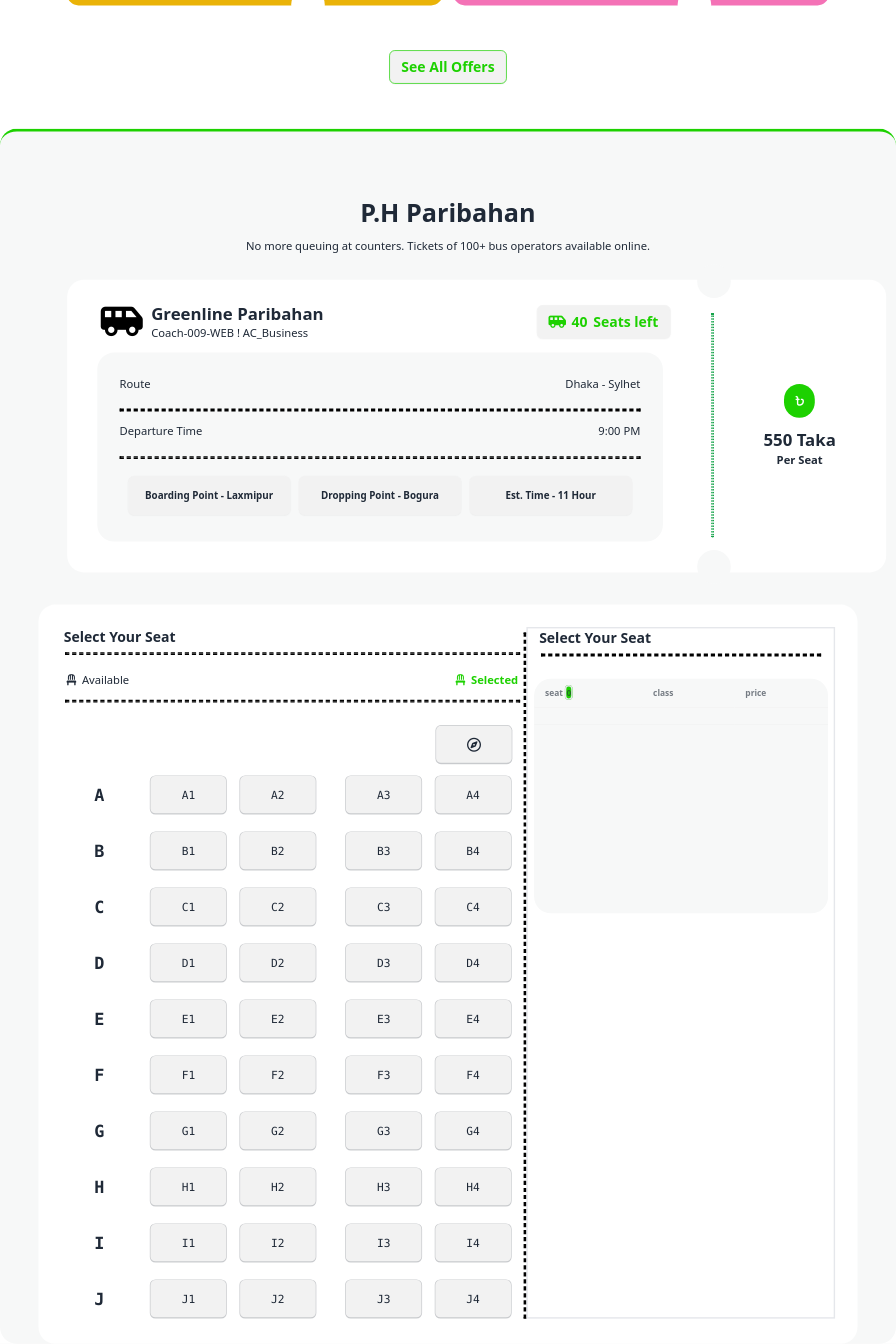
Repository: RudrasahaDibos/Smart-ticketing
Page: index.html
An editor plug-in stored every save of this project. The page is shown before and after the next save, followed by the edit.
The browser window is 1280 px wide. The pictures show the part of the page from y = 1134 to 3054 px (the page is 3054 px tall), at 70% of full size.
Some web fonts or font styles are not loaded; a fallback is used. Some web libraries are served in a nearby version.

Above is the page before, as saved 2024-11-10 15:59:30.

### index.html
<!DOCTYPE html>
<html lang="en">
  <head>
    <meta charset="UTF-8">
    <meta name="viewport" content="width=device-width, initial-scale=1.0">
    <title>Smart-ticketing</title>
    <!-- tailwind link -->
    <link href="https://cdn.jsdelivr.net/npm/daisyui@4.12.14/dist/full.min.css"
      rel="stylesheet" type="text/css" />
    <script src="https://cdn.tailwindcss.com"></script>
    <!-- font awesome link -->
    <link rel="stylesheet"
      href="https://cdnjs.cloudflare.com/ajax/libs/font-awesome/6.6.0/css/all.min.css"
      integrity="sha512-Kc323vGBEqzTmouAECnVceyQqyqdsSiqLQISBL29aUW4U/M7pSPA/gEUZQqv1cwx4OnYxTxve5UMg5GT6L4JJg=="
      crossorigin="anonymous" referrerpolicy="no-referrer" />

    <!-- google fonts  -->
    <link rel="preconnect" href="https://fonts.googleapis.com">
    <link rel="preconnect" href="https://fonts.gstatic.com" crossorigin>
    <link
      href="https://fonts.googleapis.com/css2?family=Anton+SC&family=Manrope:wght@200..800&family=Raleway:ital,wght@0,100..900;1,100..900&display=swap"
      rel="stylesheet">

    <style>
.raleway{
  font-family: "Raleway", sans-serif;
}
</style>

  </head>
  <body>
    <!-- header ends here -->
    <header class="container mx-auto lg:pl-24 lg:pr-24 lg:pt-4 w-[1400px]">
      <div>
        <!-- navbar starts here -->
        <div class="navbar bg-base-100">
          <div class="navbar-start">
            <div class="dropdown">
              <div tabindex="0" role="button" class="btn btn-ghost lg:hidden">
                <svg
                  xmlns="http://www.w3.org/2000/svg"
                  class="h-5 w-5"
                  fill="none"
                  viewBox="0 0 24 24"
                  stroke="currentColor">
                  <path
                    stroke-linecap="round"
                    stroke-linejoin="round"
                    stroke-width="2"
                    d="M4 6h16M4 12h8m-8 6h16" />
                </svg>
              </div>
              <ul
                tabindex="0"
                class="menu menu-sm dropdown-content bg-base-100 rounded-box z-[1] mt-3 w-52 p-2 shadow">
                <li><a>Home</a></li>
                <li><a>About</a></li>
                <li><a>Destination</a></li>
                <li><a>Search</a></li>
              </ul>
            </div>
            <a class="btn btn-ghost text-2xl font-extrabold">E-Ticket</a>
          </div>
          <div class="navbar-center hidden lg:flex">
            <ul class="menu menu-horizontal px-1">
              <li><a>Home</a></li>
              <li><a>About</a></li>
              <li><a>Destination</a></li>
              <li><a>Search</a></li>
            </ul>
          </div>
          <div class="navbar-end">
            <a class="btn text-[#1DD100]  border-1  text-xl">Bus <i
                class="fa-solid fa-van-shuttle"></i></a>
          </div>
        </div>
      </div>

      <!-- banner start here -->

      <div
        class="hero h-[550px] mt-8 bg-[url('/images/banner.png')] rounded-3xl relative">

        <div class="hero-content text-neutral-content text-center">
          <div class>
            <h1 class="mb-5 text-5xl font-extrabold">End-to-End Travel with <br>
              <span class="text-5xl text-[#1DD100]  font-extrabold">P
                Paribahan</span></h1>
            <p class="mb-5">
              A one-stop solution for your travel needs

              Introducing you to the Shohoz way of life
            </p>
            <button class="btn bg-[#1DD100] border-none">Buy Tickets</button>
          </div>
        </div>
      </div>

      <!-- banner end here -->

      <!-- 3 card start here  -->

      <div
        class=" flex justify-between items-center gap-4 pl-16 pr-16 absolute -bottom-4   ">
        <div
          class="stat flex bg-white justify-center items-center shadow-xl  border-b-4 border-b-[#1DD100]  rounded-2xl w-[338px] h-[138px]">
          <div class="text-[#1DD100] text-2xl font-extrabold ">
            <i class="fa-solid fa-users"></i>
          </div>

          <div>
            <div class="stat-value">500K+</div>
            <div class="stat-desc text-xl ">Registered users</div>
          </div>

        </div>

        <div
          class="stat flex bg-white justify-center items-center  border-b-4 border-b-[#1DD100] shadow-xl  rounded-2xl w-[338px] h-[138px]">
          <div class="text-[#1DD100] text-2xl font-extrabold ">
            <i class="fa-solid fa-ticket  "></i>

          </div>

          <div>
            <div class="stat-value">1.7 lacks</div>
            <div class="stat-desc text-xl ">Tickets sold</div>
          </div>

        </div>

        <div
          class="stat flex bg-white justify-center items-center  border-b-4 border-b-[#1DD100] shadow-xl  rounded-2xl w-[338px] h-[138px]">
          <div class="text-[#1DD100] text-2xl font-extrabold ">
            <i class="fa-solid fa-van-shuttle"></i>

          </div>

          <div>
            <div class="stat-value">80K+</div>
            <div class="stat-desc text-xl ">Rental partners</div>
          </div>

        </div>
      </div>

      <!-- 3 card ends here -->

      <!-- navbar Ends here -->
    </header>
    <!-- header ends here -->

    <!-- main start here -->
    <main class>
      <!-- Best offers for you start here -->
      <section
        class="mt-40 container mx-auto  lg:pl-24 lg:pr-24 lg:pt-4 w-[1400px]">
        <h1 class="text-4xl font-semibold text-center">Best offers for you</h1>
        <!-- two card start here -->
        <div class="flex  flex-col lg:flex-row gap-4 mt-10">
          <div class="bg-yellow-500  w-[573px] h-[220px]  rounded-2xl">

            <div>

              <div class=" w-[50%] mt-14 ml-14">
                <h1 class="text-4xl font-extrabold">15% OFF</h1>
                <p class="text-xl font-bold">on your next purchase</p>
                <p class="text-xl font-bold">use by January 2024</p>
              </div>

              <div class=" w-1/4 -mt-20 ml-auto mr-14  text-center">
                <h1 class="text-4xl font-extrabold">NEW15</h1>
                <p class="text-xl font-bold">Coupon Code</p>

              </div>
            </div>
            <p
              class="bg-white w-[48px] h-[48px] absolute mx-auto rounded-full ml-80 -mt-40  "></p>
            <p
              class="bg-white w-[48px] h-[48px] absolute mx-auto rounded-full ml-80 mt-[55px]  "></p>
            <p
              class="border-2 border-dotted border-white relative w-0 h-32 -mt-[95px] ml-[343px]  "></p>

          </div>
          <div class="bg-pink-400   w-[573px] h-[220px] rounded-2xl">
            <div>

              <div class=" w-[50%] mt-14 ml-14">
                <h1 class="text-4xl font-extrabold">20% OFF</h1>
                <p class="text-xl font-bold">on your next purchase</p>
                <p class="text-xl font-bold">use by January 2024</p>
              </div>

              <div class="  w-2/4 -mt-20 ml-[300px] mr-14  text-center">
                <h1 class="text-4xl font-extrabold">Couple 20</h1>
                <p class="text-xl font-bold">Coupon Code</p>

              </div>
            </div>
            <p
              class="bg-white w-[48px] h-[48px] absolute mx-auto rounded-full ml-80 -mt-40  "></p>
            <p
              class="bg-white w-[48px] h-[48px] absolute mx-auto rounded-full ml-80 mt-[55px]  "></p>
            <p
              class="border-2 border-dotted border-white relative w-0 h-32 -mt-[95px] ml-[343px]  "></p>
          </div>
        </div>
        <div class=" text-center mt-16">
          <a class="btn text-[#1DD100]  border-1 border-[#1DD100] text-xl">See
            All Offers
          </a>
        </div>
        <!-- two card end here -->
      </section>

      <!-- Best offers for you ends here -->
      <!-- tickeing process start here -->
      <section
        class="bg-[#F7F8F8] w-full min-h-screen rounded-3xl mt-16 border-t-4 border-t-[#1DD100]">

        <div class="container mx-auto  lg:pl-24 lg:pr-24 lg:pt-4 w-[1400px]">
          <h1 class="text-4xl font-semibold text-center mt-20">P.H Paribahan
          </h1>
          <p class=" text-center w-[736px] h-[60px] mx-auto mt-4">No more
            queuing at counters. Tickets of 100+ bus operators available online.
          </p>
          <!-- Greenline Paribahan  start here-->

          <div
            class="bg-[#FFFFFF] w-[1170px] h-[418px] rounded-3xl  container mx-auto p-8 flex justify-between ">
            <div class=" w-3/4">
              <!-- Coach-009-WEB ! AC_Business start here -->
              <div class="flex justify-between ">

                <div class="flex justify-center items-center gap-3 ml-4 ">
                  <div class="text-5xl text-black  ">
                    <i class="fa-solid fa-van-shuttle "></i>
                  </div>
                  <div>
                    <h1 class="text-2xl font-bold">Greenline Paribahan</h1>
                    <p>Coach-009-WEB ! AC_Business</p>
                  </div>
                </div>

                <div class="flex felx-col justify-end mt-1">
                  <a class="btn text-[#1DD100]  border-1  text-xl"> <i
                      class="fa-solid fa-van-shuttle"></i> <span>40</span> Seats
                    left </a>
                </div>
              </div>
              <!-- Coach-009-WEB ! AC_Business end here -->

              <!-- Dhaka - Sylhet starts here -->
              <div
                class="bg-[#F7F8F8] w-[808px] h-[270px] mt-4 mx-auto rounded-3xl">

                <div class>
                  <div class="flex justify-between p-4 ">
                    <h1 class="ml-4 mt-4">Route</h1>
                    <h1 class="mr-4 mt-4">Dhaka - Sylhet</h1>
                  </div>

                  <div
                    class="border-dashed border-black border-2 mt-2  w-[744px] mx-auto h-0"></div>

                  <div class="flex justify-between p-4 ">
                    <h1 class="ml-4">Departure Time</h1>
                    <h1 class="mr-4">9:00 PM</h1>
                  </div>
                  <div
                    class="border-dashed border-black border-2 mt-2  w-[744px] mx-auto h-0"></div>

                  <div class="mt-2 p-4 flex justify-center items-center gap-3">
                    <button class="btn   w-[232px] h-[56px]">Boarding Point -
                      Laxmipur</button>
                    <button class="btn  w-[232px] h-[56px]">Dropping Point -
                      Bogura</button>
                    <button class="btn  w-[232px] h-[56px]">Est. Time - 11
                      Hour</button>
                  </div>
                </div>
              </div>
              <!-- Dhaka - Sylhet end here -->

            </div>

            <div
              class=" text-center flex flex-col justify-center items-center mr-10">
              <i
                class="fa-solid fa-bangladeshi-taka-sign bg-[#1DD100] rounded-full  p-4 text-white "></i>
              <h1 class="text-2xl font-semibold mt-4"><span>550</span> Taka</h1>
              <p class="font-bold">Per Seat</p>
            </div>

          </div>
          <p
            class="bg-[#F7F8F8] w-[48px] h-[48px] absolute mx-auto rounded-full ml-[900px] -mt-[440px]  "></p>
          <p
            class="bg-[#F7F8F8] w-[48px] h-[48px] absolute mx-auto rounded-full ml-[900px] -mt-8  "></p>
          <p
            class="border-2 border-dotted border-green-600 relative w-0 h-80 -mt-[370px] ml-[920px]  "></p>

          <!-- Greenline Paribahan  ends here-->
        </div>

        <!-- Select Your Seat star here  -->
        <div
          class="bg-[#FFFFFF] w-[1170px] h-[1056px] rounded-3xl mt-24 container mx-auto  ">

          <div class="flex justify-between p-8">
            <div class="w-3/5 ">
              <p class="font-semibold text-xl ml-1">Select Your Seat</p>
              <div
                class="border-dashed border-black border-2 mt-2  w-[650px] mx-auto h-0"></div>
              <!-- seat available start here -->
              <div class="flex justify-between mt-4">

                <div class="flex gap-2 justify-center items-center p-2 ">
                  <i class="fa-solid fa-chair"></i>
                  <p>Available</p>
                </div>
                <div
                  class="flex gap-2 justify-center items-center p-2 text-[#1DD100] ">
                  <i class="fa-solid fa-chair font-bold"></i>
                  <p class="font-bold">Selected</p>
                </div>

              </div>
              <!-- seat available ends here -->
              <div
                class="border-dashed border-black border-2 mt-2  w-[650px] mx-auto h-0"></div>
                <!-- seat planing start here -->
               <div class="mt-8">
                    <div class="text-end  mr-4">
                      <kbd class="kbd  h-[56px] w-[110px] text-center mx-auto "><i class="fa-regular fa-compass text-xl"></i></kbd>
                    </div>
                    <!-- seat  start here-->
                     <div class="flex  justify-between">
                          <!-- seat is with door start -->
                          <div class="grid grid-cols-3  w-3/5 ">
                                  <div class="mx-auto mt-4 space-y-6">
                                    <kbd class="kbd  w-[110px] h-[56px] bg-[#ffffff]  border-none font-bold text-2xl">A</kbd>
                                    <kbd class="kbd  w-[110px] h-[56px]  bg-[#ffffff] border-none font-bold text-2xl">B</kbd>
                                    <kbd class="kbd  w-[110px] h-[56px]  bg-[#ffffff] border-none font-bold text-2xl">C</kbd>
                                    <kbd class="kbd  w-[110px] h-[56px]  bg-[#ffffff] border-none font-bold text-2xl">D</kbd>
                                    <kbd class="kbd  w-[110px] h-[56px]  bg-[#ffffff] border-none font-bold text-2xl">E</kbd>
                                    <kbd class="kbd  w-[110px] h-[56px]  bg-[#ffffff] border-none font-bold text-2xl">F</kbd>
                                    <kbd class="kbd  w-[110px] h-[56px]  bg-[#ffffff] border-none font-bold text-2xl">G</kbd>
                                    <kbd class="kbd  w-[110px] h-[56px]  bg-[#ffffff] border-none font-bold text-2xl">H</kbd>
                                    <kbd class="kbd  w-[110px] h-[56px]  bg-[#ffffff] border-none font-bold text-2xl">I</kbd>
                                    <kbd class="kbd  w-[110px] h-[56px]  bg-[#ffffff] border-none font-bold text-2xl">J</kbd>
                                  </div>

                                  <div class="mt-4 space-y-6">
                                    <kbd class="kbd w-[110px] h-[56px] ">A1</kbd>
                                    <kbd class="kbd w-[110px] h-[56px] ">B1</kbd>
                                    <kbd class="kbd w-[110px] h-[56px] ">C1</kbd>
                                    <kbd class="kbd w-[110px] h-[56px] ">D1</kbd>
                                    <kbd class="kbd w-[110px] h-[56px] ">E1</kbd>
                                    <kbd class="kbd w-[110px] h-[56px] ">F1</kbd>
                                    <kbd class="kbd w-[110px] h-[56px] ">G1</kbd>
                                    <kbd class="kbd w-[110px] h-[56px] ">H1</kbd>
                                    <kbd class="kbd w-[110px] h-[56px] ">I1</kbd>
                                    <kbd class="kbd w-[110px] h-[56px] ">J1</kbd>
                                  </div>

                                  <div class="mt-4 space-y-6">
                                    <kbd class="kbd w-[110px] h-[56px] ">A2</kbd>
                                    <kbd class="kbd w-[110px] h-[56px] ">B2</kbd>
                                    <kbd class="kbd w-[110px] h-[56px] ">C2</kbd>
                                    <kbd class="kbd w-[110px] h-[56px] ">D2</kbd>
                                    <kbd class="kbd w-[110px] h-[56px] ">E2</kbd>
                                    <kbd class="kbd w-[110px] h-[56px] ">F2</kbd>
                                    <kbd class="kbd w-[110px] h-[56px] ">G2</kbd>
                                    <kbd class="kbd w-[110px] h-[56px] ">H2</kbd>
                                    <kbd class="kbd w-[110px] h-[56px] ">I2</kbd>
                                    <kbd class="kbd w-[110px] h-[56px] ">J2</kbd>
                                  </div>
                          </div>
                         <!-- seat is with door end -->

                          <!-- seat is driver start -->
                            <div class="grid grid-cols-2   w-2/5 ml-6">
                                    <div class="mx-auto mt-4 space-y-6">
                                      <kbd class="kbd w-[110px] h-[56px] ">A3</kbd>
                                      <kbd class="kbd w-[110px] h-[56px] ">B3</kbd>
                                      <kbd class="kbd w-[110px] h-[56px] ">C3</kbd>
                                      <kbd class="kbd w-[110px] h-[56px] ">D3</kbd>
                                      <kbd class="kbd w-[110px] h-[56px] ">E3</kbd>
                                      <kbd class="kbd w-[110px] h-[56px] ">F3</kbd>
                                      <kbd class="kbd w-[110px] h-[56px] ">G3</kbd>
                                      <kbd class="kbd w-[110px] h-[56px] ">H3</kbd>
                                      <kbd class="kbd w-[110px] h-[56px] ">I3</kbd>
                                      <kbd class="kbd w-[110px] h-[56px] ">J3</kbd>
                                    </div>
                                    <div class="mx-auto mt-4 space-y-6">
                                      <kbd class="kbd w-[110px] h-[56px] ">A4</kbd>
                                      <kbd class="kbd w-[110px] h-[56px] ">B4</kbd>
                                      <kbd class="kbd w-[110px] h-[56px] ">C4</kbd>
                                      <kbd class="kbd w-[110px] h-[56px] ">D4</kbd>
                                      <kbd class="kbd w-[110px] h-[56px] ">E4</kbd>
                                      <kbd class="kbd w-[110px] h-[56px] ">F4</kbd>
                                      <kbd class="kbd w-[110px] h-[56px] ">G4</kbd>
                                      <kbd class="kbd w-[110px] h-[56px] ">H4</kbd>
                                      <kbd class="kbd w-[110px] h-[56px] ">I4</kbd>
                                      <kbd class="kbd w-[110px] h-[56px] ">J4</kbd>
                                    </div>
                            </div>
                            <!-- seat is driver end -->
                     </div>

                     <!-- seat end here -->
               </div>

               <!-- seat planing end here -->



            </div>









            <div
              class="border-dashed border-black border-2 mt-2  w-[0px] mx-auto h-[980px]"></div>

            <div class="border-2  w-2/5 ">
              <p class="font-semibold text-xl ml-4">Select Your Seat</p>
              <div
                class="border-dashed border-black border-2 mt-2  w-[400px] mx-auto h-0"></div>

                <div class="bg-[#F7F8F8] w-[420px] h-[335px] rounded-3xl mx-auto mt-8 ">
                  <!-- table start here -->
                  <div class="overflow-x-auto">
                    <table class="table">
                      <!-- head -->
                      <thead>
                        <tr>

                          <th>seat <span class="bg-[#1DD100] rounded-full  border-2">0</span></th>
                          <th>class</th>
                          <th>price</th>
                        </tr>
                      </thead>
                      <tbody>
                        <!-- row 1 -->
                        <tr>

                          <td></td>
                          <td></td>
                          <td></td>
                        </tr>

                      </tbody>
                    </table>

                  </div>
                  <!-- table ends here -->
                </div>

            </div>
          </div>

        </div>

        <!-- Select Your Seat end here  -->

      </section>
      <!-- tickeing process ends here -->

    </main>
    <!-- main ends here -->

    <!-- js add -->
    <script src="index.js"></script>
  </body>
</html>

Loaded but not shown: index.js (common file)

After the next save:
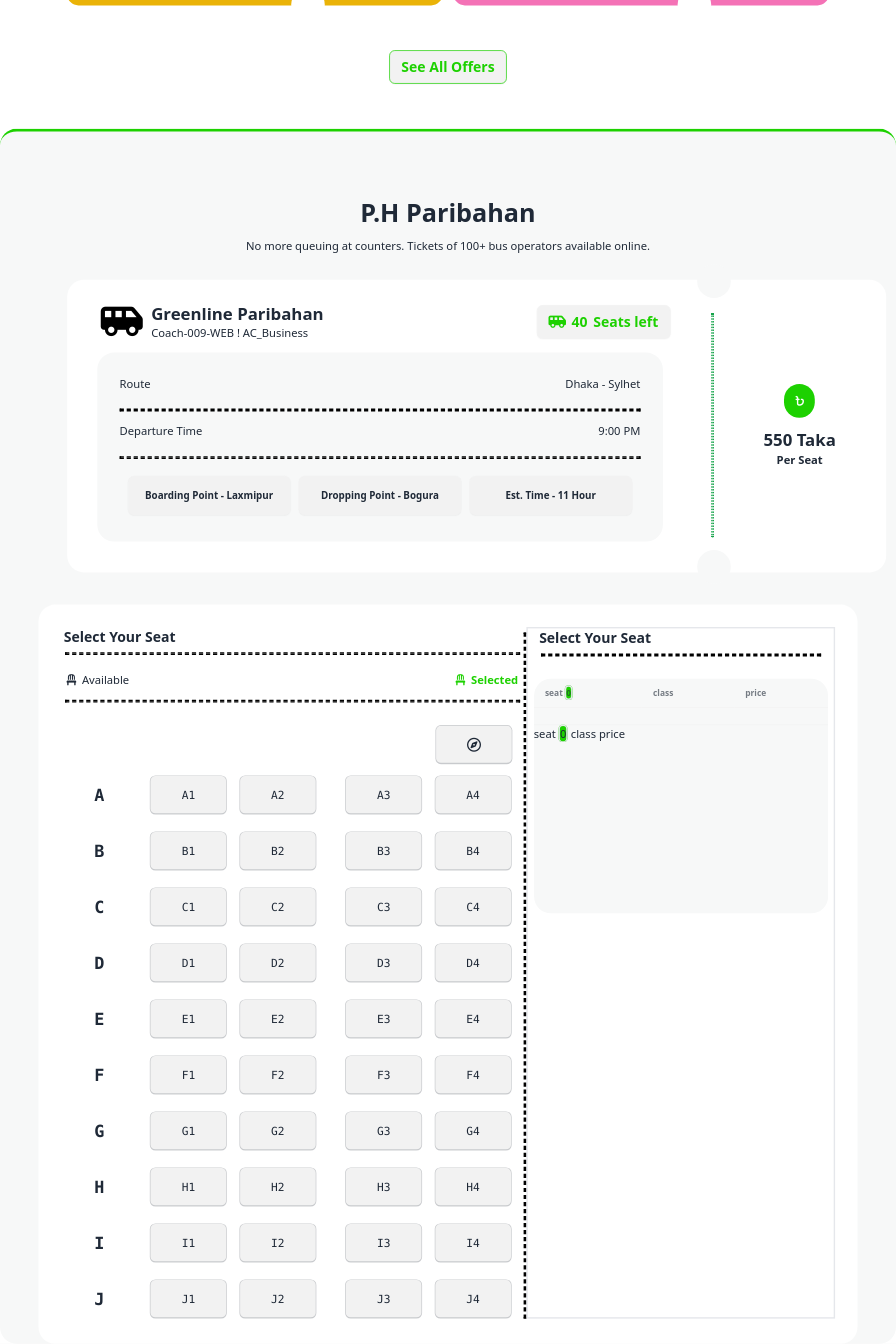
Saved 6 s later.
--- a/index.html
+++ b/index.html
@@ -458,7 +458,12 @@
 
                       </tbody>
                     </table>
-
+                    <tr>
+
+                      <th>seat <span class="bg-[#1DD100] rounded-full  border-2">0</span></th>
+                      <th>class</th>
+                      <th>price</th>
+                    </tr>
                   </div>
                   <!-- table ends here -->
                 </div>
